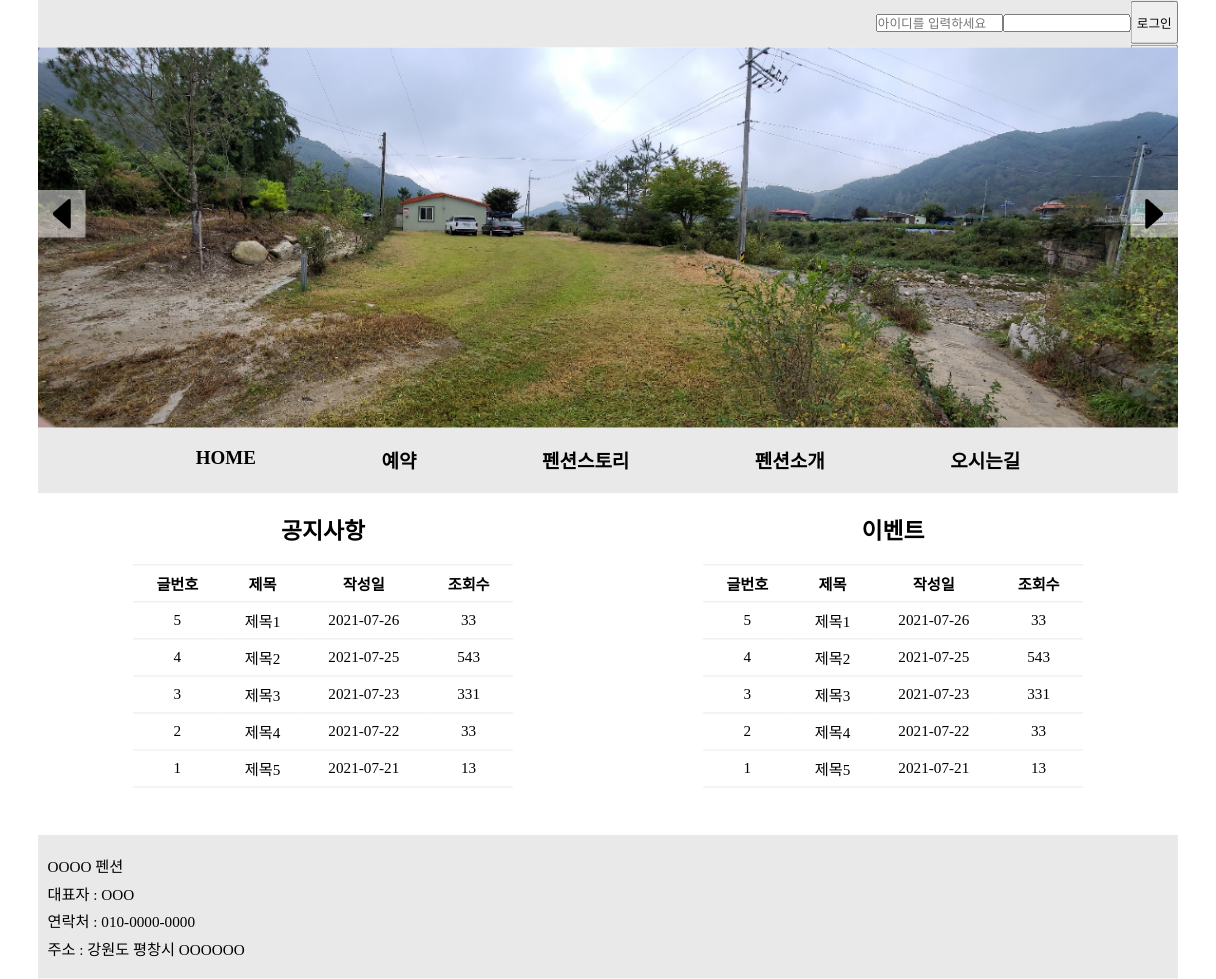
Repository: cdnwell/Jsp
Page: http://localhost/total/
These files come from the project's save history. The page is drawn as it stood at one moment and after the next save; the edit follows.
The browser window is 1280 px wide. The pictures show the whole page, at 95% of full size.
The page is served by Tomcat 9.

Above is the page before, as saved 2022-06-30 06:12:34.

After the next save:
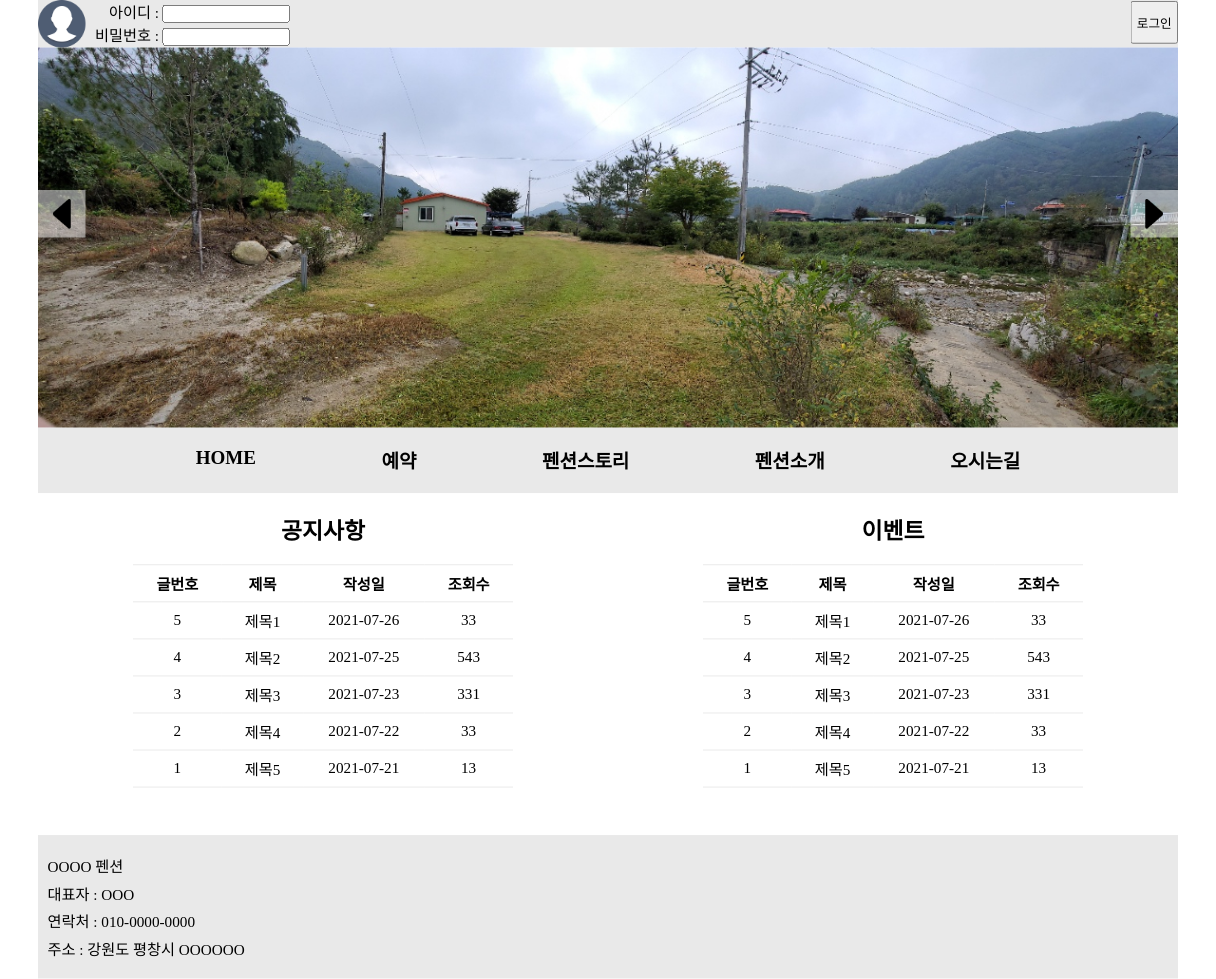
Saved 4 min 14 s later.
--- a/total/src/main/webapp/template/pheader.jsp
+++ b/total/src/main/webapp/template/pheader.jsp
@@ -22,7 +22,7 @@
             width: 50px;
             float: left;
         }
-        #member_bar > div > p{
+        .profile > p{
             width: 200px;
             float: left;
             font-size: 16px;
@@ -30,9 +30,16 @@
             padding-left: 5px;
             margin-top: 2px;
         }
-        #member_bar > div{
-            width: 330px;
+        .profile{
+            width: 300px;
             display: inline-block;
+        }
+        .login_form{
+        	width:600px;
+        	padding : 10px 0px;
+        }
+        .login_form > *{
+        	height:30px
         }
         nav{
             padding:20px 100px;
@@ -139,12 +146,14 @@
          </div>
          <button>로그인</button>
       </div>
-      <!-- <div>
+      <!--
+      <div class="profile">
          <img src="resource/images/profile.png" alt="">
          <p>OOO로그인 하셨습니다.</p>
          <p>로그아웃 | 정보수정</p>
-      </div> -->
-      <div>
+      </div>
+      -->
+      <div class="login_form">
       		<form action="login_process.jsp" method="post">
       			<input type="text" name="id" placeholder="아이디를 입력하세요">
       			<input type="password" name="pass" placehodler="암호를 입력하세요">
